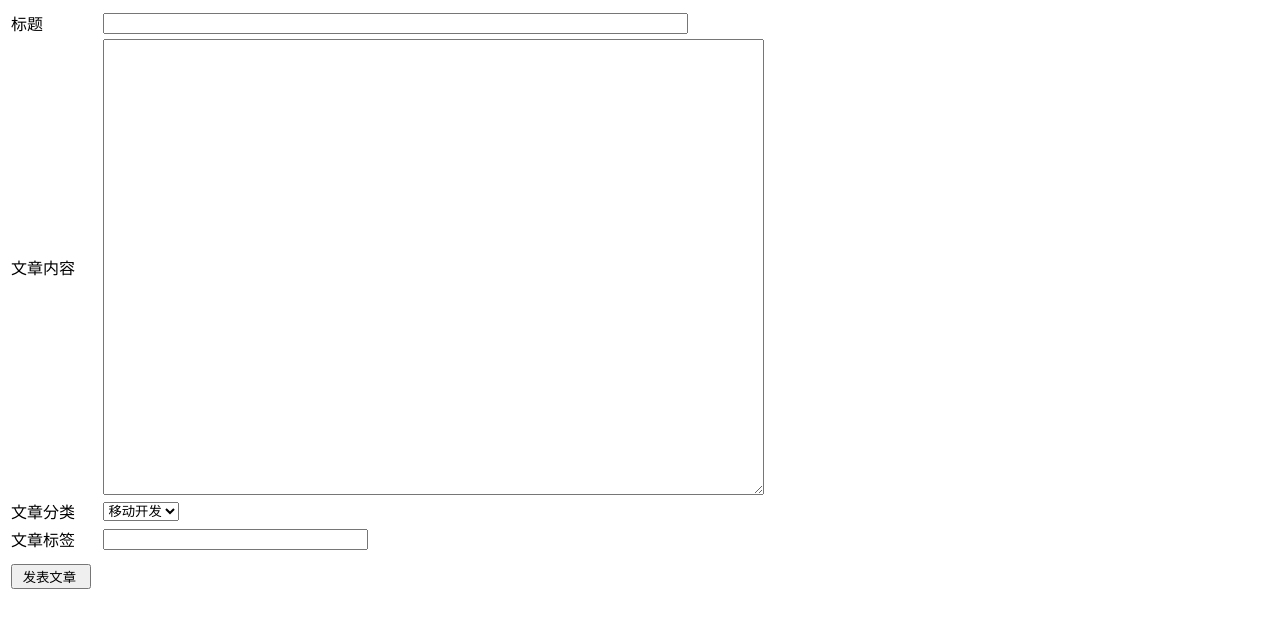
Repository: tangqingyun/java
Page: http://localhost/tamny_blog/postedit.jsp
These files come from the project's save history. The page is drawn as it stood at one moment and after the next save; the edit follows.
The browser window is 1280 px wide. The pictures show the whole page.
The page is served by Tomcat 9. Nobody is signed in. The application's start-up code is not run. Other server files are loaded and not shown.

Above is the page before, as saved 2015-01-21 09:53:12.

### tamny_blog/WebContent/postedit.jsp
<%@ page language="java" import="java.util.*" pageEncoding="UTF-8"%>

<!DOCTYPE html PUBLIC "-//W3C//DTD HTML 4.01 Transitional//EN" "http://www.w3.org/TR/html4/loose.dtd">
<html>
<head>
<meta http-equiv="Content-Type" content="text/html; charset=UTF-8">
<title>Insert title here</title>
</head>
<body>

 <form action="${pageContext.request.contextPath}/blogs/pubblog"
		method="post">
		<table id="table_01">
			<tr>
				<td>标题</td>
				<td><input type="text" name="user.username" size="70" /></td>
			</tr>
			<tr>
				<td>文章内容</td>
				<td><textarea name="user.nickname" cols="80" rows="30"></textarea></td>
			</tr>
			<tr>
				<td>文章分类</td>
				<td><select name="user.sex">
						<option value="1">移动开发</option>
						<option value="2">Web前端</option>
						<option value="3">架构设计</option>
						<option value="4">编程语言</option>
						<option value="5">互联网</option>
						<option value="6">数据库</option>
						<option value="7">系统运维</option>
						<option value="8">云计算</option>
						<option value="9">研发管理</option>
						<option value="10">综合</option>
				</select></td>
			</tr>

			<tr>
				<td>文章标签</td>
				<td><input type="text" name="user.nickname" size="30" /></td>
			</tr>

			<tr>
				<td style="padding-top: 10px;"><input type="submit"
					name="submit" value=" 发表文章  " />&nbsp;&nbsp;</td>
			</tr>
		</table>
	</form>

</body>
</html>

After the next save:
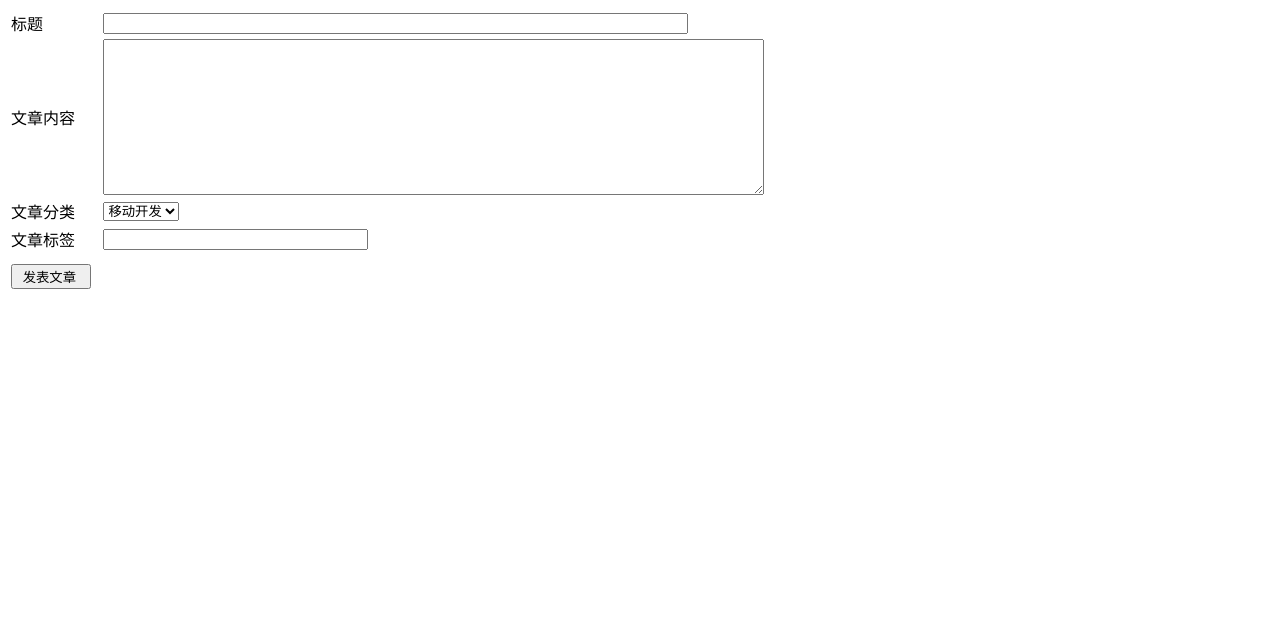
Saved 5 s later.
--- a/tamny_blog/WebContent/postedit.jsp
+++ b/tamny_blog/WebContent/postedit.jsp
@@ -17,7 +17,7 @@
 			</tr>
 			<tr>
 				<td>文章内容</td>
-				<td><textarea name="user.nickname" cols="80" rows="30"></textarea></td>
+				<td><textarea name="user.nickname" cols="80" rows="10"></textarea></td>
 			</tr>
 			<tr>
 				<td>文章分类</td>
